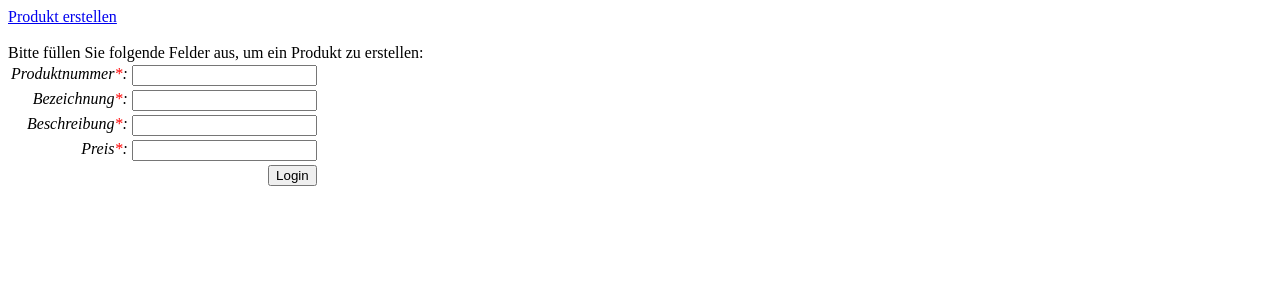
Repository: exic/VIS-Labor
Page: http://localhost/vislabor/forward_to_product_create.action
The author's editor kept a copy of each file at every save. The page is drawn from the files as they stood at one save, then again after the next save.
The browser window is 1280 px wide. The pictures show the whole page.
The page is served by Tomcat 9.

Above is the page before, as saved 2011-05-15 09:36:50.

After the next save:
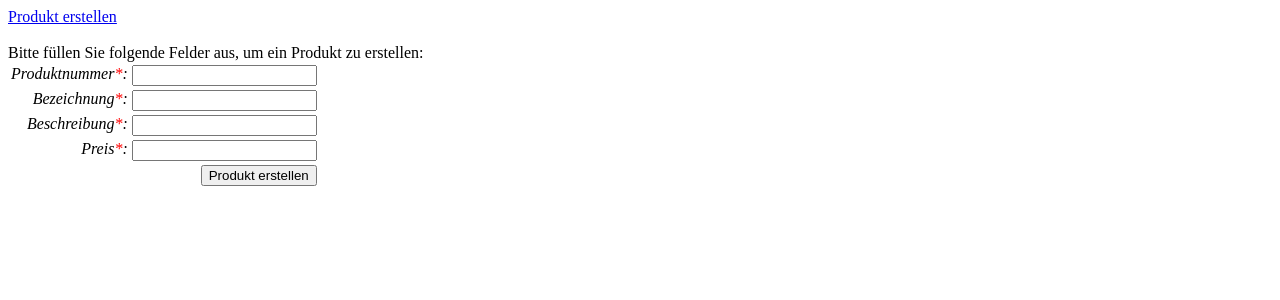
Saved 16 s later.
--- a/workspace/vislabor/WebContent/pages/CreateProduct.jsp
+++ b/workspace/vislabor/WebContent/pages/CreateProduct.jsp
@@ -20,7 +20,7 @@
 		<s:textfield name="description" label="Beschreibung" size="20" required="true"/>
 		<s:textfield name="price" label="Preis" size="20" required="true"/>
 
-		<s:submit value="Login"/>
+		<s:submit value="Produkt erstellen"/>
 	</s:form>
 
 	 <font color="red">
